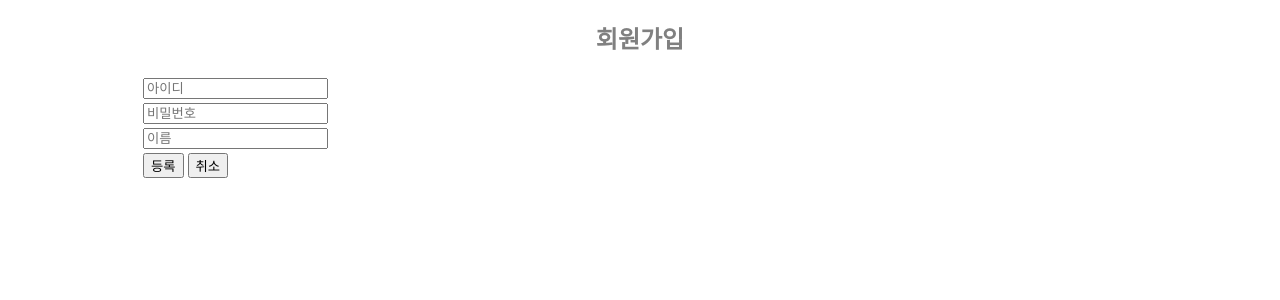
Repository: kimheerin/springWorks
Page: http://localhost/SpringBoard-jdbc/user/join
An editor plug-in stored every save of this project. The page is shown before and after the next save, followed by the edit.
The browser window is 1280 px wide. The pictures show the whole page.
The page is served by Tomcat 9. Other server files are loaded and not shown.

Above is the page before, as saved 2023-12-28 02:44:07.

### SpringBoard-jdbc/src/main/webapp/WEB-INF/views/user/join.jsp
<%@ page language="java" contentType="text/html; charset=UTF-8"
    pageEncoding="UTF-8"%>
<!DOCTYPE html>
<html>
<head>
<meta charset="UTF-8">
<title>회원가입</title>
<link rel="stylesheet" href="/resources/css/style.css">
</head>
<body>
   <div id="content">
      <h2>회원가입</h2>
      <form action="/user/join" method="post">
      <table>
      	<tr>
      		<td>
      			<label></label>
      			<input type="text" name="userId" placeholder="아이디">
      		</td>
      	</tr>
      	<tr>
      		<td>
      			<label></label>
      			<input type="password" name="userPasswd" placeholder="비밀번호">
      		</td>
      	</tr>
      	<tr>
      		<td>
      			<label></label>
      			<input type="text" name="userName" placeholder="이름">
      		</td>
      	</tr>
      	<tr>
      		<td>
      			<input type="submit" value="등록">
      			<input type="reset" value="취소">
      		</td>
      	</tr>
      </table>
      </form>
   </div>
</body>
</html>

### SpringBoard-jdbc/src/main/webapp/resources/css/style.css
@charset "UTF-8";

#content{width:1000px; margin:0 auto;}
h2{color:grey; text-align:center;}
.main-pic{text-align:center;}
.menu{text-align: center; margin: 10px;}
a{color: lightgrey;}

After the next save:
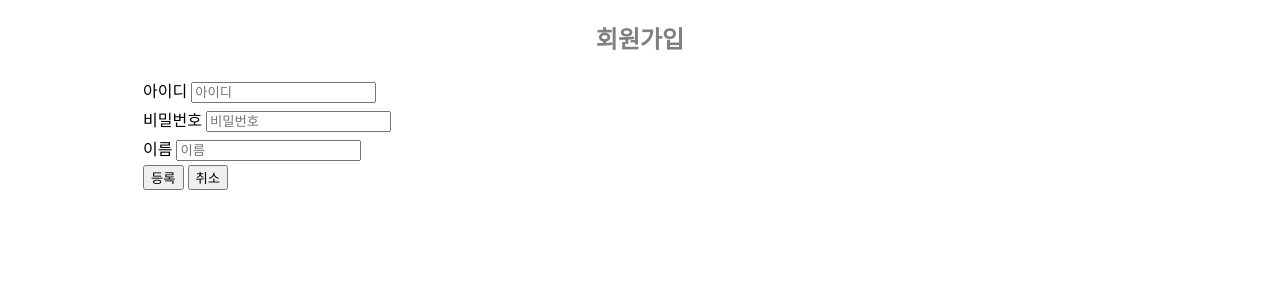
Saved 84 s later.
--- a/SpringBoard-jdbc/src/main/webapp/WEB-INF/views/user/join.jsp
+++ b/SpringBoard-jdbc/src/main/webapp/WEB-INF/views/user/join.jsp
@@ -14,19 +14,19 @@
       <table>
       	<tr>
       		<td>
-      			<label></label>
+      			<label>아이디</label>
       			<input type="text" name="userId" placeholder="아이디">
       		</td>
       	</tr>
       	<tr>
       		<td>
-      			<label></label>
+      			<label>비밀번호</label>
       			<input type="password" name="userPasswd" placeholder="비밀번호">
       		</td>
       	</tr>
       	<tr>
       		<td>
-      			<label></label>
+      			<label>이름</label>
       			<input type="text" name="userName" placeholder="이름">
       		</td>
       	</tr>
